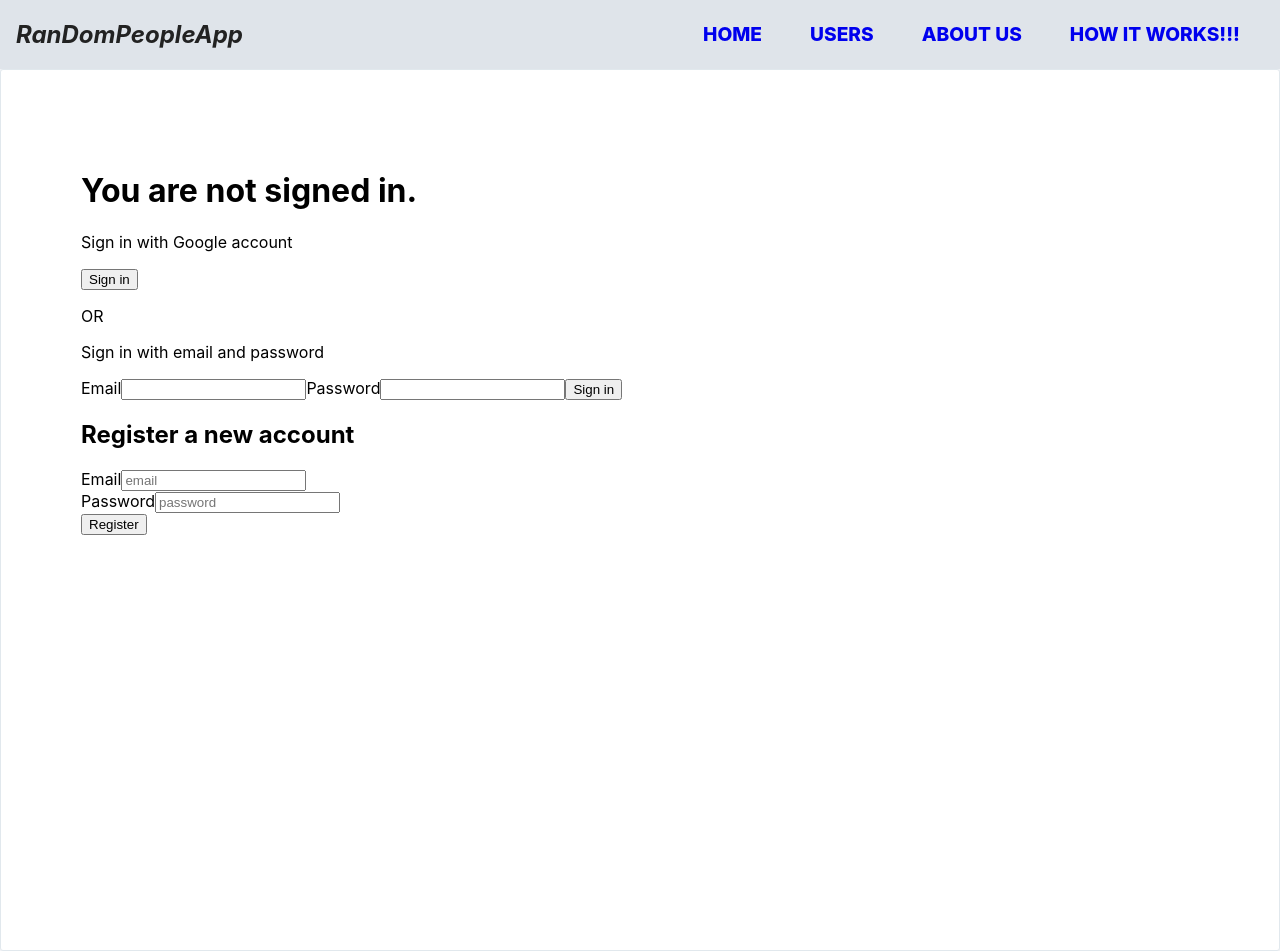
Repository: MikkyPrestige/RandomProfiles
Page: /profile
An editor plug-in stored every save of this project. The page is shown before and after the next save, followed by the edit.
The browser window is 1280 px wide. The pictures show the whole page.
The project was rebuilt for these pictures with package versions that can differ from the ones it lists, and the page was loaded fresh each time. Also part of the build but not shown: src/assets/styles/home.css, src/components/avatar.jsx, src/components/home.jsx, src/assets/styles/users.css, src/components/users.jsx, src/assets/styles/search.css, src/components/search.jsx, src/assets/styles/help.css and 6 more.

Above is the page before, as saved 2022-11-30 02:23:24.

### public/index.html
<!DOCTYPE html>
<html lang="en">

<head>
  <meta charset="utf-8" />
  <link rel="icon" href="%PUBLIC_URL%/favicon.ico" />
  <meta name="viewport" content="width=device-width, initial-scale=1" />
  <meta name="theme-color" content="#000000" />
  <meta name="description" content="Web site created using create-react-app" />
  <link rel="apple-touch-icon" href="%PUBLIC_URL%/logo192.png" />
  <!--
      manifest.json provides metadata used when your web app is installed on a
      user's mobile device or desktop. See https://developers.google.com/web/fundamentals/web-app-manifest/
    -->
  <link rel="manifest" href="%PUBLIC_URL%/manifest.json" />
  <!--
      Notice the use of %PUBLIC_URL% in the tags above.
      It will be replaced with the URL of the `public` folder during the build.
      Only files inside the `public` folder can be referenced from the HTML.

      Unlike "/favicon.ico" or "favicon.ico", "%PUBLIC_URL%/favicon.ico" will
      work correctly both with client-side routing and a non-root public URL.
      Learn how to configure a non-root public URL by running `npm run build`.
    -->
  <title>AltSchool Assignment 2</title>
</head>

<body>
  <noscript>You need to enable JavaScript to run this app.</noscript>
  <div id="root"></div>
  <!--
      This HTML file is a template.
      If you open it directly in the browser, you will see an empty page.

      You can add webfonts, meta tags, or analytics to this file.
      The build step will place the bundled scripts into the <body> tag.

      To begin the development, run `npm start` or `yarn start`.
      To create a production bundle, use `npm run build` or `yarn build`.
    -->
</body>

</html>

### src/index.css
body {
  margin: 0;
  font-family: -apple-system, BlinkMacSystemFont, 'Segoe UI', 'Roboto', 'Oxygen',
    'Ubuntu', 'Cantarell', 'Fira Sans', 'Droid Sans', 'Helvetica Neue',
    sans-serif;
  -webkit-font-smoothing: antialiased;
  -moz-osx-font-smoothing: grayscale;
  background-color: #f1f2f6;
}

code {
  font-family: source-code-pro, Menlo, Monaco, Consolas, 'Courier New',
    monospace;
}

### src/App.jsx
import * as React from "react";
import { ErrorBoundary } from "react-error-boundary";
import { Route, Routes } from "react-router-dom";
import {
  Layout,
  Home,
  Users,
  Search,
  Help,
  About,
  Error,
  ErrorFallBack,
  Profile,
  // Footer,
} from "./components";

const App = () => {
  return (
    <div className="App">
      <main>
        <ErrorBoundary FallbackComponent={ErrorFallBack}>
          <Layout />
          <Routes>
            <Route path="/" element={<Home />} />
            <Route path="users">
              <Route index element={<Users />} />
              <Route path=":id" element={<Search />} />
            </Route>
            <Route path="profile" element={<Profile />} />
            <Route path="help" element={<Help />} />
            <Route path="about" element={<About />} />
            <Route path="*" element={<Error />} />
          </Routes>
        </ErrorBoundary>
        {/* <Footer /> */}
      </main>
    </div>
  );
};

export default App;

### src/components/index.js
export { default as Layout } from "./layout";
export { default as Home } from "./home";
export { default as Users } from "./users";
export { default as Search } from "./search";
export { default as Help } from "./help";
export { default as About } from "./about";
export { default as Error } from "./error";
export { default as ErrorFallBack } from "./errorFallback";
export { default as Profile } from "./profile";
export { Footer } from "./avatar";

### src/components/layout.jsx
// LAYOUT COMPONENT - This component is for the App Layout that displays the Navigation bar in the app UI to the user when app is open

import { NavLink } from "react-router-dom";
import "../assets/styles/layout.css";

const CustomNavLink = ({ to, ...props }) => {
  let activeStyle = {
    textDecoration: 'underline',
    color: 'red',
  };

  return (
    <NavLink
      style={({ isActive }) =>
        isActive ? activeStyle : { textDecoration: 'none' }
      }
      to={to}
      end
      {...props}
    />
  );
};


const Layout = () => {

  return (
    <nav className="layout">
      <div className="app-header">
        <h1>RanDomPeopleApp</h1>
      </div>
      <div className="nav__items">
        <CustomNavLink to="/" className="nav__item">Home</CustomNavLink>
        <CustomNavLink to="users" className="nav__item">Users</CustomNavLink>
        <CustomNavLink to="about" className="nav__item">About us</CustomNavLink>
        <CustomNavLink to="help" className="nav__item">How it works!!!</CustomNavLink>
      </div>
    </nav>
  );
}

export default Layout;

### src/components/profile.jsx
import {
  signInWithRedirect,
  auth,
  provider,
  getRedirectResult,
  onAuthStateChanged,
  createUserWithEmailAndPassword,
  signInWithEmailAndPassword,
  signOut,
  deleteUser,
} from "../config";
import { useEffect, useState } from "react";
import { Avatar } from "./avatar";
import "../assets/styles/profile.css";

const Profile = () => {
  const [user, setUser] = useState(null);
  const [signedIn, setSignedIn] = useState(false);
  const [email, setEmail] = useState("");
  const [password, setPassword] = useState("");
  const [error, setError] = useState(null);

  // handle register form
  const handleRegister = (e) => {
    e.preventDefault();
    createUserWithEmailAndPassword(auth, email, password)
      .then(() => {
        // Signed in
        console.log("User account created & signed in!");
      })
      .catch((error) => {
        if (error.code === "auth/email-already-in-use") {
          setError("This email address is already in use!");
        }
        if (error.code === "auth/invalid-email") {
          setError("This email address is invalid!");
        }
        console.error(error);
      });
  };

  // sign in with email and password
  const handleSignIn = (e) => {
    e.preventDefault();
    signInWithEmailAndPassword(auth, email, password)
      .then(() => {
        console.log("User signed in!");
      })
      .catch((error) => {
        if (error.code === "auth/wrong-password") {
          setError("Wrong password!");
        }
        if (error.code === "auth/user-not-found") {
          setError("User not found!");
        }
        console.error(error);
      });
  };

  // handle onchange
  const handleChange = (e) => {
    const { name, value } = e.target;
    if (name === "email") {
      setEmail(value);
    }
    if (name === "password") {
      setPassword(value);
    }
  };

  // handle sign In
  const signIn = (e) => {
    e.preventDefault();
    signInWithRedirect(auth, provider);
  };

  // handle sign out
  const handleSignOut = (e) => {
    e.preventDefault();
    signOut(auth)
      .then(() => {
        console.log("User signed out!");
      })
      .catch((error) => {
        console.error(error);
      });
  };

  // handle delete user
  const handleDelete = (e) => {
    e.preventDefault();
    deleteUser(auth.currentUser)
      .then(() => {
        console.log("User deleted!");
      })
      .catch((error) => {
        console.error(error);
      });
  };

  // Get redirect result
  useEffect(() => {
    getRedirectResult(auth)
      .then((result) => {
        if (result) {
          setSignedIn(true);
          // navigate("/users");
        } else {
          // console.log("No user");
        }
      })
      .catch((error) => {
        console.log(error);
      });
  }, []);

  // Check auth state
  useEffect(() => {
    onAuthStateChanged(auth, (user) => {
      if (user) {
        // destructure user
        const { displayName, photoURL, email, phoneNumber } = user;
        // set user state
        setUser({ displayName, photoURL, email, phoneNumber });
        // navigate("/users");
      } else {
        setUser(null);
      }
    });
  }, []);

  return (
    <div className="profile">
      <div className="profile__container">
        <div className="profile__desc">
          {user ? (
            <div className="profile__user">
              <h1>Welcome {user.displayName}, You are signed in.</h1>
              <Avatar image={user.photoURL} alt="user" />
              <p>{user.email}</p>
              <p>{user.phoneNumber}</p>
              <div className="profile__btn">
                <button onClick={handleSignOut} className="sign__btn">
                  Sign Out
                </button>
                <button onClick={handleDelete} className="sign__btn">
                  Delete Account
                </button>
              </div>
            </div>
          ) : (
            <div className="profile__user">
              <div className="profile__form">
                <h1 className="profile__title">You are not signed in.</h1>
                <p className="profile__head">Sign in with Google account</p>
                <button onClick={signIn} className="sign__btn">
                  Sign in
                </button>
                <p className="or">OR</p>
                <p className="profile__head">Sign in with email and password</p>
                <form onSubmit={handleSignIn} className="profile__form">
                  <label htmlFor="email">Email</label>
                  <input
                    type="email"
                    name="email"
                    id="email"
                    value={email}
                    onChange={handleChange}
                  />
                  <label htmlFor="password">Password</label>
                  <input
                    type="password"
                    name="password"
                    id="password"
                    value={password}
                    onChange={handleChange}
                  />
                  {error && <p className="error">{error}</p>}
                  <button type="submit" className="sign__btn">
                    Sign in
                  </button>
                </form>
              </div>
              <h2 className="register">Register a new account </h2>
              <form onSubmit={handleRegister} className="register__form">
                <div className="register__group">
                  <label htmlFor="email" className="register__label">
                    Email
                  </label>
                  <input
                    type="email"
                    name="email"
                    placeholder="email"
                    value={email}
                    onChange={handleChange}
                    className="register__input"
                  />
                  {error && <p className="error">{error}</p>}
                </div>
                <div className="profile__group">
                  <label htmlFor="password" className="register__label">
                    Password
                  </label>
                  <input
                    type="password"
                    name="password"
                    placeholder="password"
                    value={password}
                    onChange={handleChange}
                    className="register__input"
                  />
                </div>
                <button type="submit" className="sign__btn">
                  Register
                </button>
              </form>
            </div>
          )}
        </div>
      </div>
    </div>
  );
};

export default Profile;

### src/assets/styles/layout.css
.layout {
  background-color: #dfe4ea;
  padding: 0rem 1rem;
  color: #222;
  display: flex;
  align-items: center;
  justify-content: space-between;
}

.app-header {
  font-style: italic;
}

.nav__items {
  display: flex;
  align-items: center;
  list-style: none;
  flex-wrap: wrap;
}

.nav__item {
  font-size: 1.2rem;
  font-weight: 800;
  padding: 1rem 1.5rem;
  text-transform: uppercase;
}

.attribution {
  text-align: center;
}

.footer {
  color: #222;
  text-decoration: none;
  cursor: pointer;
  font-style: italic;
  font-weight: 600;
}

### src/config/index.js
// Import the functions you need from the SDKs you need
import { initializeApp } from "firebase/app";
import {
  getAuth,
  signInWithRedirect,
  GoogleAuthProvider,
  getRedirectResult,
  onAuthStateChanged,
  createUserWithEmailAndPassword,
  signInWithEmailAndPassword,
  signOut,
  deleteUser
} from "firebase/auth";

// web app's Firebase configuration
const firebaseConfig = {
  apiKey: "AIzaSyCfrfw6chi091bWLqJvanxAUTxgJ5XqEu0",
  authDomain: "random-people-app.firebaseapp.com",
  projectId: "random-people-app",
  storageBucket: "random-people-app.appspot.com",
  messagingSenderId: "1097586453252",
  appId: "1:1097586453252:web:4575afe7663a752ae77e51",
};

// Initialize Firebase
const app = initializeApp(firebaseConfig);
// Setup Google auth provider
const provider = new GoogleAuthProvider();

const auth = getAuth();

export {
  app,
  provider,
  auth,
  signInWithRedirect,
  getRedirectResult,
  onAuthStateChanged,
  createUserWithEmailAndPassword,
  signInWithEmailAndPassword,
  signOut,
  deleteUser
};

### src/assets/styles/profile.css
.profile {
  background-color: #fff;
  border: 1px solid #e1e8ed;
  border-radius: 3px;
  padding: 5rem;
  height: 100vh;
}

Loaded but not shown: src/index.js (common file)

After the next save:
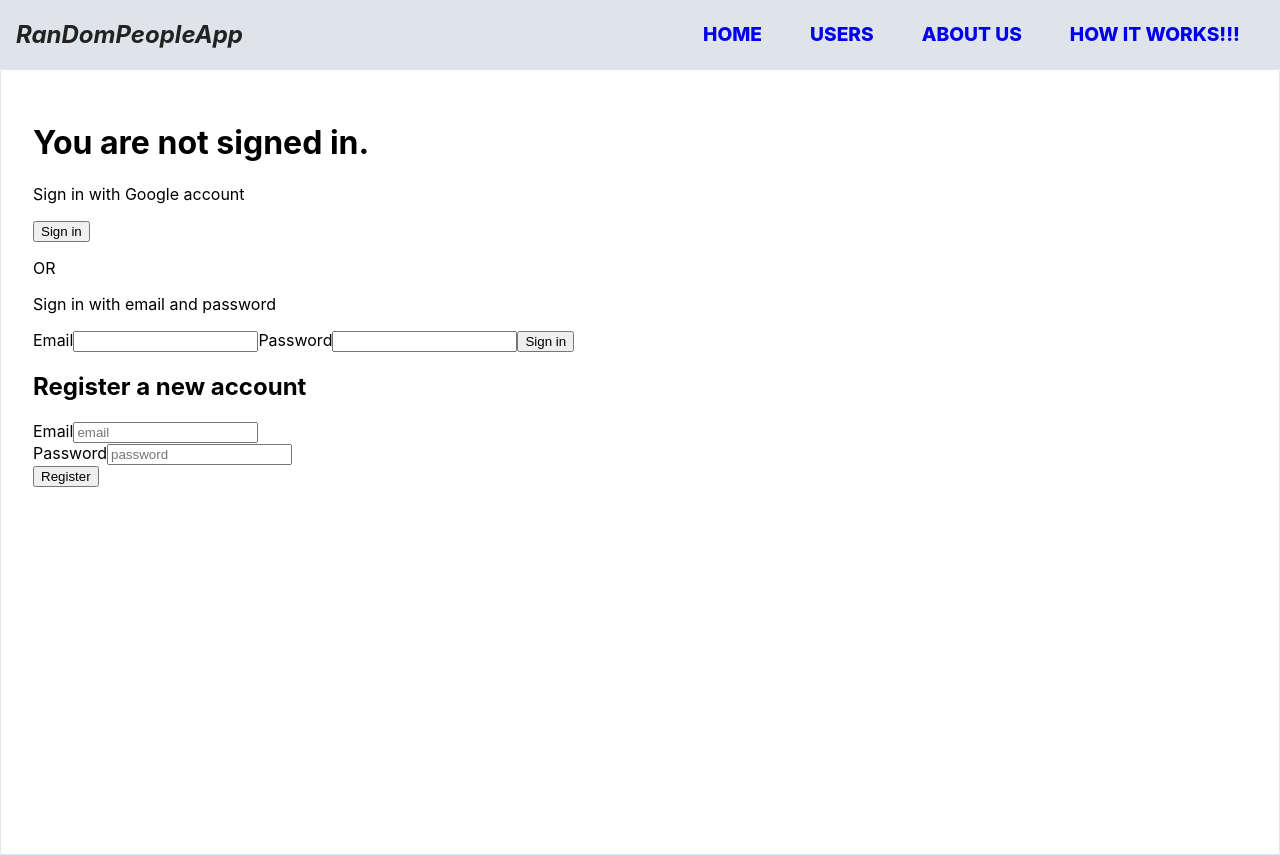
Saved 12 s later.
--- a/src/assets/styles/profile.css
+++ b/src/assets/styles/profile.css
@@ -2,6 +2,6 @@
   background-color: #fff;
   border: 1px solid #e1e8ed;
   border-radius: 3px;
-  padding: 5rem;
+  padding: 2rem;
   height: 100vh;
 }
